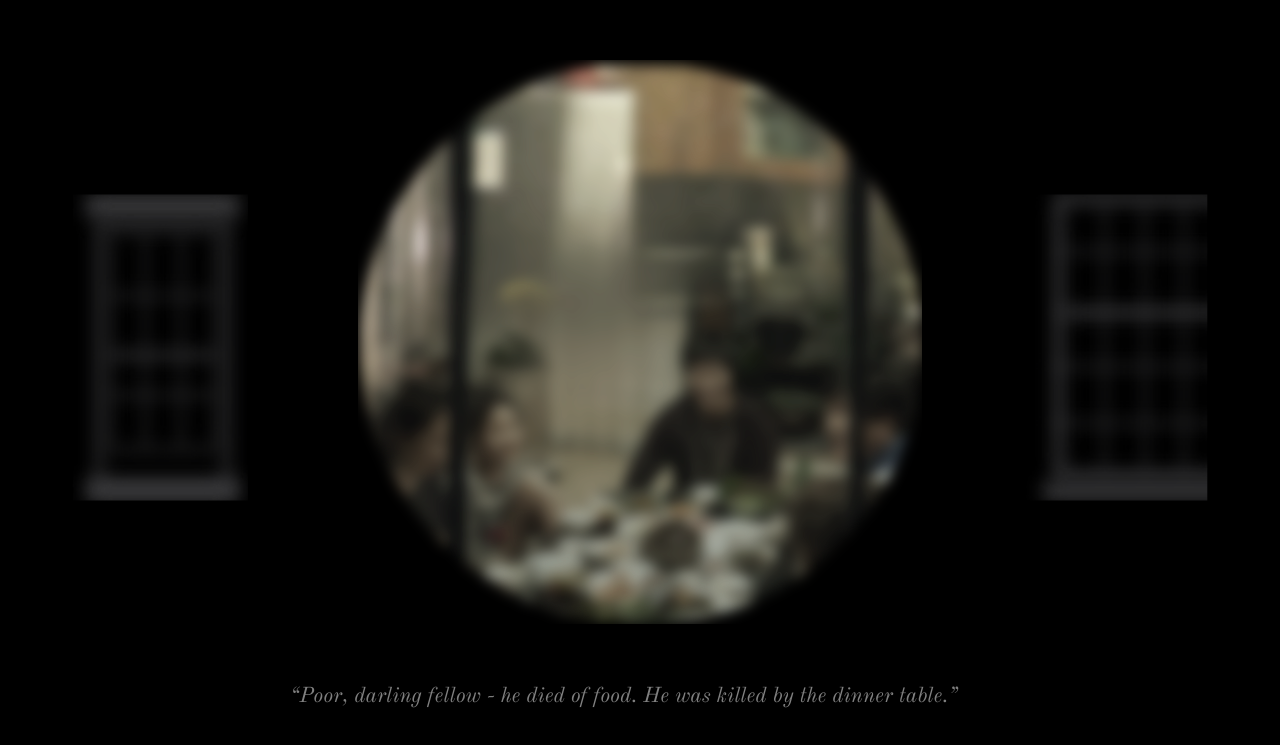
Repository: ConnyPinto/connypinto.github.io
Page: studio/space/final-space/room8.html
The author's editor kept a record of every edit. The page is drawn from the files as they stood at one moment, then again after the next edit.
The browser window is 1280 px wide. The pictures show the whole page.
Some web libraries are served in a nearby version.

Above is the page before.

### studio/space/final-space/room8.html
<html>

<head>
    <title>Space</title>
   <link href='//fonts.googleapis.com/css?family=Old+Standard+TT:400italic' rel='stylesheet' type='text/css'>
    <link rel="stylesheet" href="css/room.css" type="text/css" />
     <script src="//ajax.googleapis.com/ajax/libs/jquery/1.7.1/jquery.min.js"></script>
      <script src="javascript/room.js"></script>
</head>

<body>

        <a href="room9.html" class="right-window"
        style="background-image: url(images/grey-blur-09.png);
    background-repeat: no-repeat;
    transform: scale(1.2);
    width: 153px;
    height: 255px;
    display: block;
    float:right;
    margin-right:80px;
    margin-top:160px;"></a>


           <a href="room5.html" class="left-window"
        style="background-image: url(images/grey-blur-05.png);
    background-repeat: no-repeat;
    transform: scale(1.2);
    width: 153px;
    height: 255px;
    display: block;
    float:left;
    margin-left:80px;
    margin-top:160px;"></a>


    <div class="content">



    <a href="#" class="lense" style="background-image: url(images/lense-008.png);"></a>



    <div class="quote">&ldquo;Poor, darling fellow - he died of food. He was killed by the dinner table.&rdquo;</div>

    </div>

    <!-- <div class="eyes"><img src="images/i9lb4.gif"></div>  -->




</body>

</html>

### studio/space/final-space/css/room.css
body{
    background-color: black;
    font-family: 'Old Standard TT', serif;
    font-style: italic;
    margin-bottom:35px;
}

.lense {
    background-repeat: no-repeat;
    width: 564px;
    height:564px;
    display: block;
    font-size: 0;
    margin:0 auto;
    margin-bottom:60px;
    margin-top:60px;
}
.lense:hover {
    background-position: 0 -565px;
}


/*.lense{
    margin:0 auto;
    margin-top:80px;
    margin-bottom:114px;}*/


.right-window:hover {
    background-position: 0 -258px;
}

.left-window:hover {
    background-position: 0 -258px;
}



.content{
    width:700px;
    margin:0 auto;

}

.quote{
    color:grey;
    font-family: 'Old Standard TT', serif;
    display: block;
    margin-left: auto;
    margin-right: auto;
    margin-bottom:10px;
    font-size: 16pt;
    width:700px;


}

.eyes{

    position: relative;
   margin:0 auto;
   width:300px;

}

.sofa-button {
    background-image: url(../images/sofa-button.png);
    background-repeat: no-repeat;
    width: 212px;
    height: 67px;
    display: inline-block;
    font-size: 0;
    margin:60px;
    margin-bottom:-80px;

}
.sofa-button:hover {
    background-position: 0 -68px;
}


/*.sofa-button{
    margin:20px;
    margin-bottom:-70px;

}*/

### studio/space/final-space/javascript/room.js
$(document).ready(function () {
    $('body').click(function (e) {
        console.log(e);
        if (!$(e.target).is('a')) {
            window.location.href = 'window.html';
        }
    });
});

After the next edit:
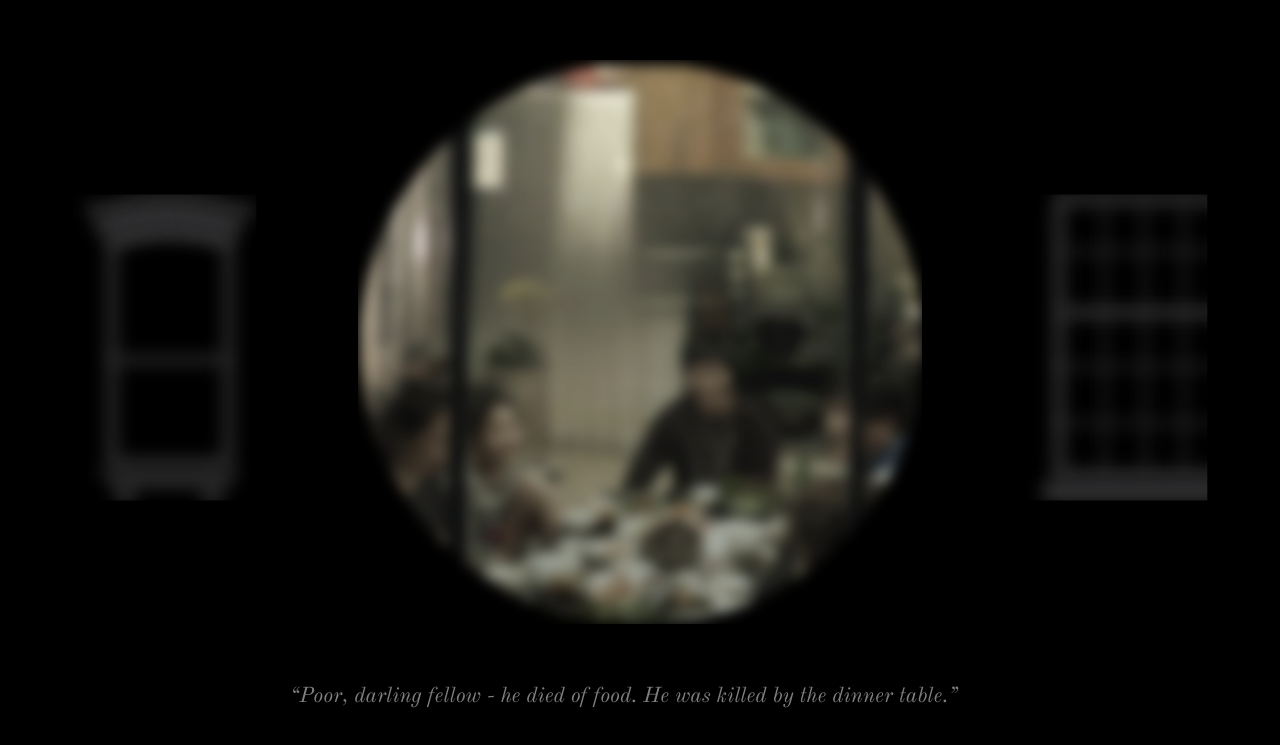
The edit:
--- a/studio/space/final-space/room8.html
+++ b/studio/space/final-space/room8.html
@@ -22,8 +22,8 @@
     margin-top:160px;"></a>
 
 
-           <a href="room5.html" class="left-window"
-        style="background-image: url(images/grey-blur-05.png);
+           <a href="room7.html" class="left-window"
+        style="background-image: url(images/grey-blur-07.png);
     background-repeat: no-repeat;
     transform: scale(1.2);
     width: 153px;
